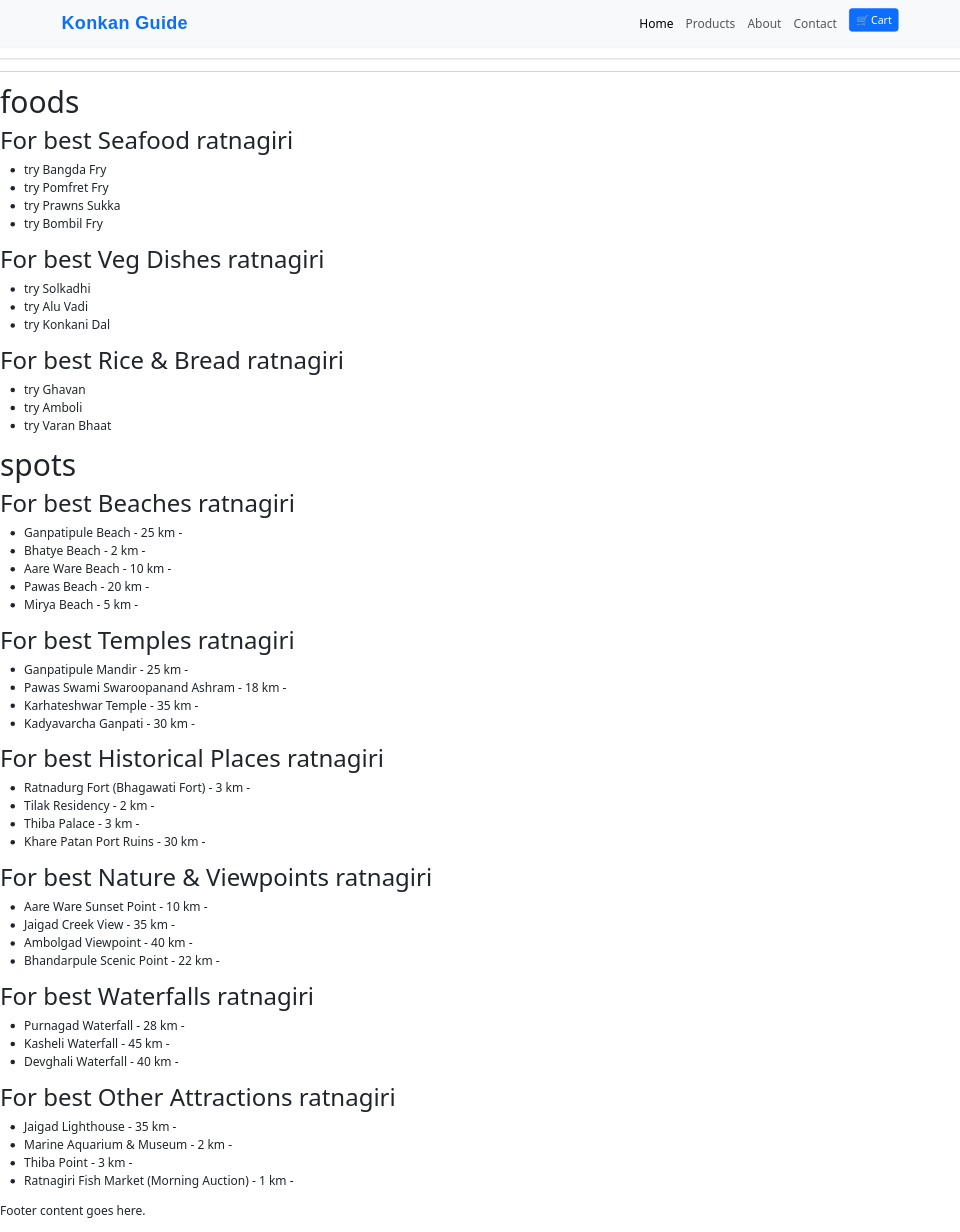
Repository: Indranil-sawant/konkan
Page: http://localhost/
The author's editor kept a copy of each file at every save. The page is drawn from the files as they stood at one save, then again after a run of saves.
The browser window is 1280 px wide. The pictures show the whole page, at 75% of full size.
The page is served by the project's application, run on Django 5.2 (manage.py).

Above is the page before, as saved 2025-11-13 14:12:53.

After the next 2 saves:
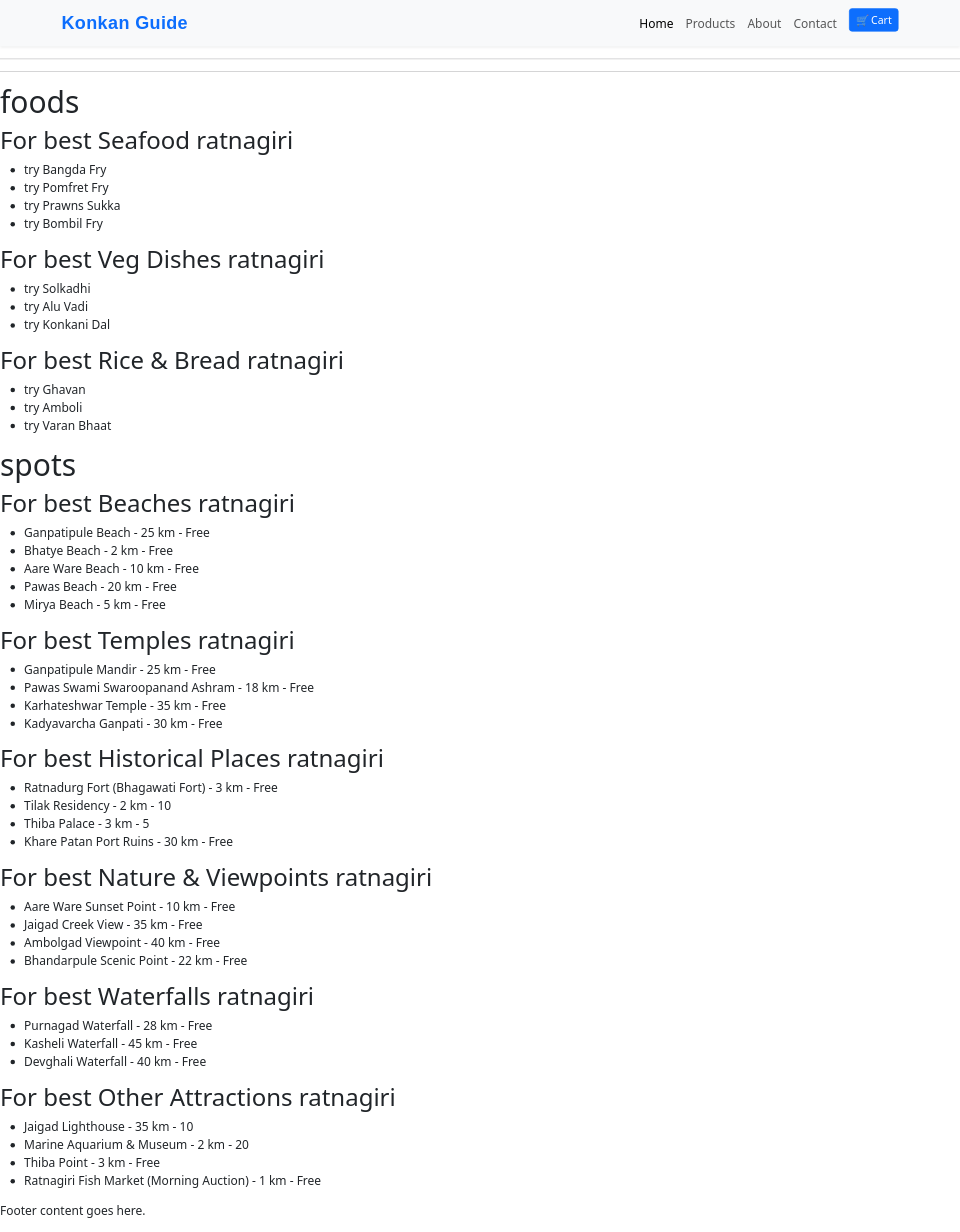
The 2 saves are shown as one change because they came seconds apart.
The last was saved 7 s later.
--- a/food/templates/food/index.html
+++ b/food/templates/food/index.html
@@ -32,7 +32,7 @@
         <h2> For best {{ category }} ratnagiri</h2>
         <ul>
             {% for item in items %}
-                <li>{{ item.name }} - {{ item.distance_km }} km - {{ item.rates }}</li>
+                <li>{{ item.name }} - {{ item.distance_km }} km - {{ item.rate }}</li>
             {% endfor %}
         </ul>
     {% endfor %}
